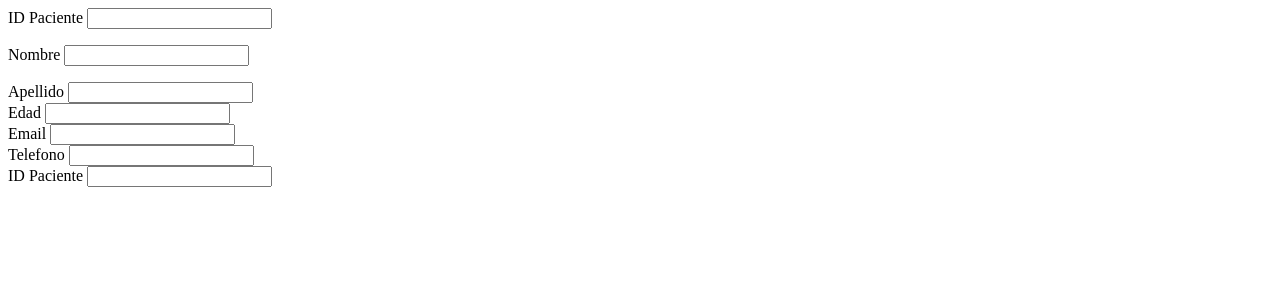
Repository: Divineridh/LPPAChallenges
Page: Trabajos en Clase/ejercicio forms covid/index.html
These files come from the project's save history. The page is drawn as it stood at one moment and after the next save; the edit follows.
The browser window is 1280 px wide. The pictures show the whole page.

Above is the page before, as saved 2022-04-19 20:53:11.

After the next save:
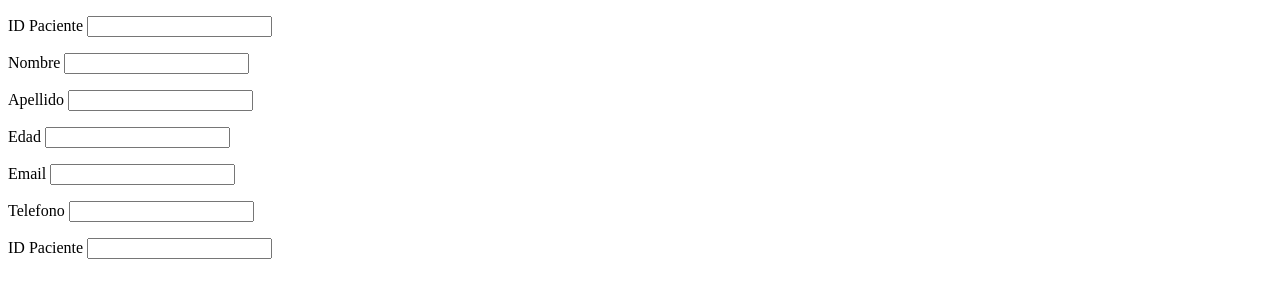
Saved 107 s later.
--- a/Trabajos en Clase/ejercicio forms covid/index.html
+++ b/Trabajos en Clase/ejercicio forms covid/index.html
@@ -8,22 +8,34 @@
 </head>
 <body>
     <form>
-        <label for="idpaciente">ID Paciente</label>
-        <input type="text" id="idpaciente" name="idpaciente"><br>
         <p>
-        <label for="nombre">Nombre</label>
-        <input type="text" id="nombre" name="nombre"> </p>
-        <label for="apellido">Apellido</label>
-        <input type="text" id="apellido" name="apellido"><br>
-        <label for="edad">Edad</label>
-        <input type="text" id="edad" name="edad"><br>
-        <label for="email">Email</label>
-        <input type="text" id="email" name="email"><br>
-        <label for="telefono">Telefono</label>
-        <input type="text" id="telefono" name="telefono"><br>
-        <label for="idpaciente">ID Paciente</label>
-        <input type="text" id="idpaciente" name="idpaciente"><br>
-
+            <label for="idpaciente">ID Paciente</label>
+            <input type="text" id="idpaciente" name="idpaciente"><br>
+        </p>
+        <p>
+            <label for="nombre">Nombre</label>
+            <input type="text" id="nombre" name="nombre">
+        </p>
+        <p>
+            <label for="apellido">Apellido</label>
+            <input type="text" id="apellido" name="apellido"><br>
+        </p>
+        <p>
+            <label for="edad">Edad</label>
+            <input type="text" id="edad" name="edad"><br>
+        </p>
+        <p>
+            <label for="email">Email</label>
+            <input type="text" id="email" name="email"><br>
+        </p>
+        <p>
+            <label for="telefono">Telefono</label>
+            <input type="text" id="telefono" name="telefono"><br>
+        </p>
+        <p>
+            <label for="idpaciente">ID Paciente</label>
+            <input type="text" id="idpaciente" name="idpaciente"><br>
+        </p>
     </form>
 </body>
 </html>
